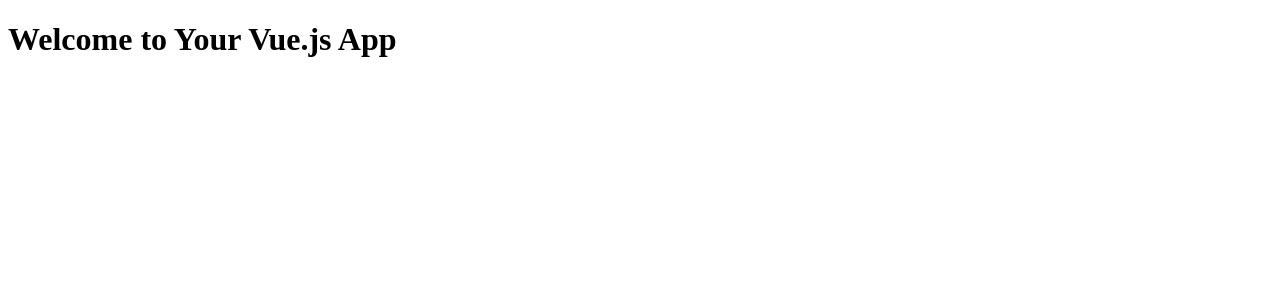
Repository: no-na-ka/test-validate
Page: /
The author's editor kept a copy of each file at every save. The page is drawn from the files as they stood at one save, then again after the next save.
The browser window is 1280 px wide. The pictures show the whole page.
The project was rebuilt for these pictures with package versions that can differ from the ones it lists, and the page was loaded fresh each time. Also part of the build but not shown: webpack.config.js.

Above is the page before, as saved 2019-03-27 17:20:03.

After the next save:
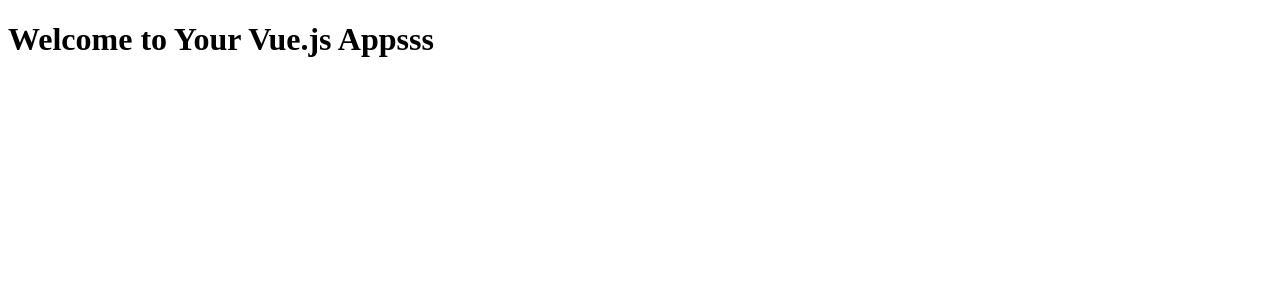
Saved 108 s later.
--- a/src/components/HelloWorld.vue
+++ b/src/components/HelloWorld.vue
@@ -9,7 +9,7 @@
   name: 'HelloWorld',
   data () {
     return {
-      msg: 'Welcome to Your Vue.js App'
+      msg: 'Welcome to Your Vue.js Appsss'
     }
   }
 }
